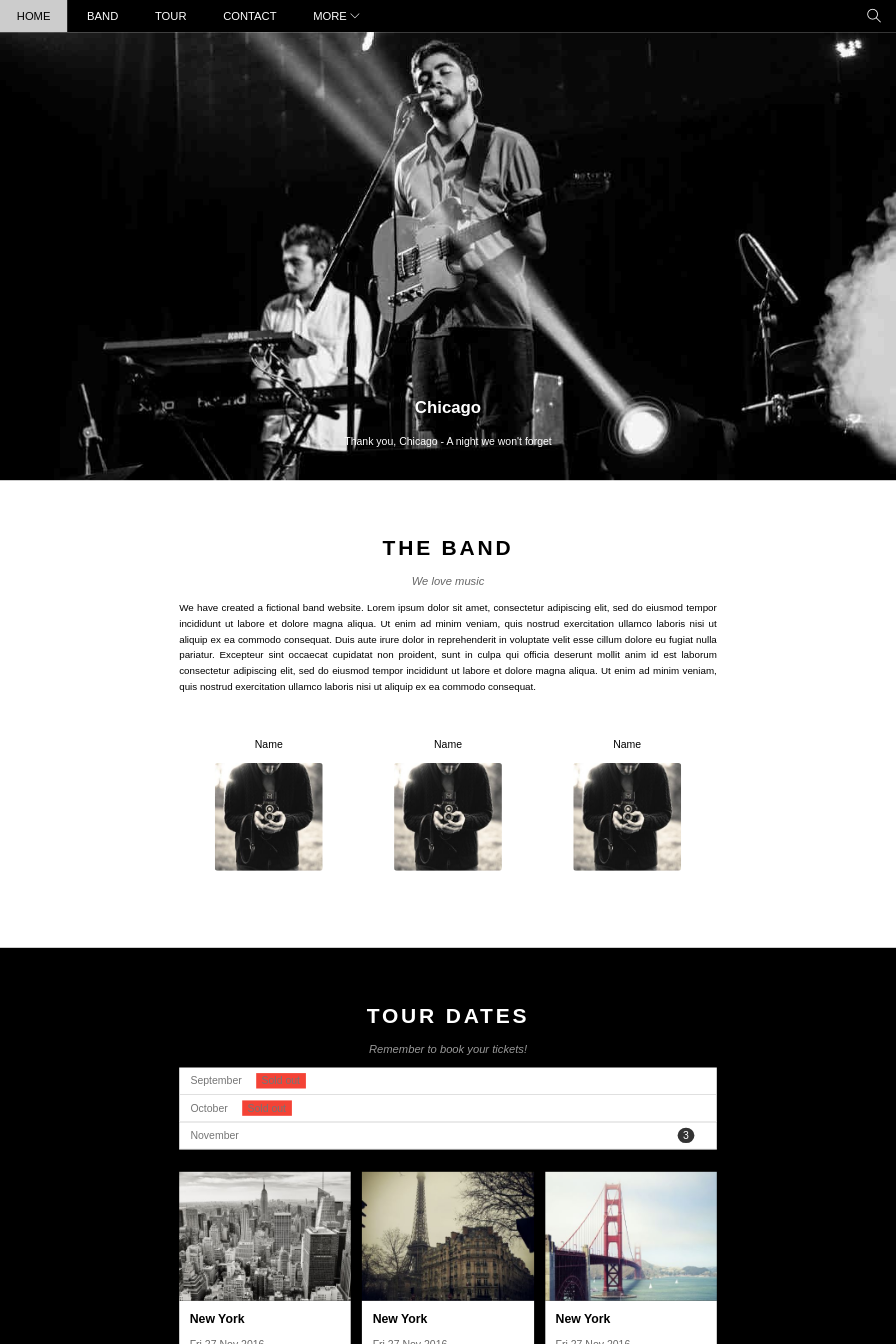
Repository: Bakyproit/the-Band
Page: index.html
The author's editor kept a copy of each file at every save. The page is drawn from the files as they stood at one save, then again after a run of saves.
The browser window is 1280 px wide. The pictures show the part of the page from y = 0 to 1920 px (the page is 3522 px tall), at 70% of full size.

Above is the page before, as saved 2022-01-03 22:25:17.

After the next 3 saves:
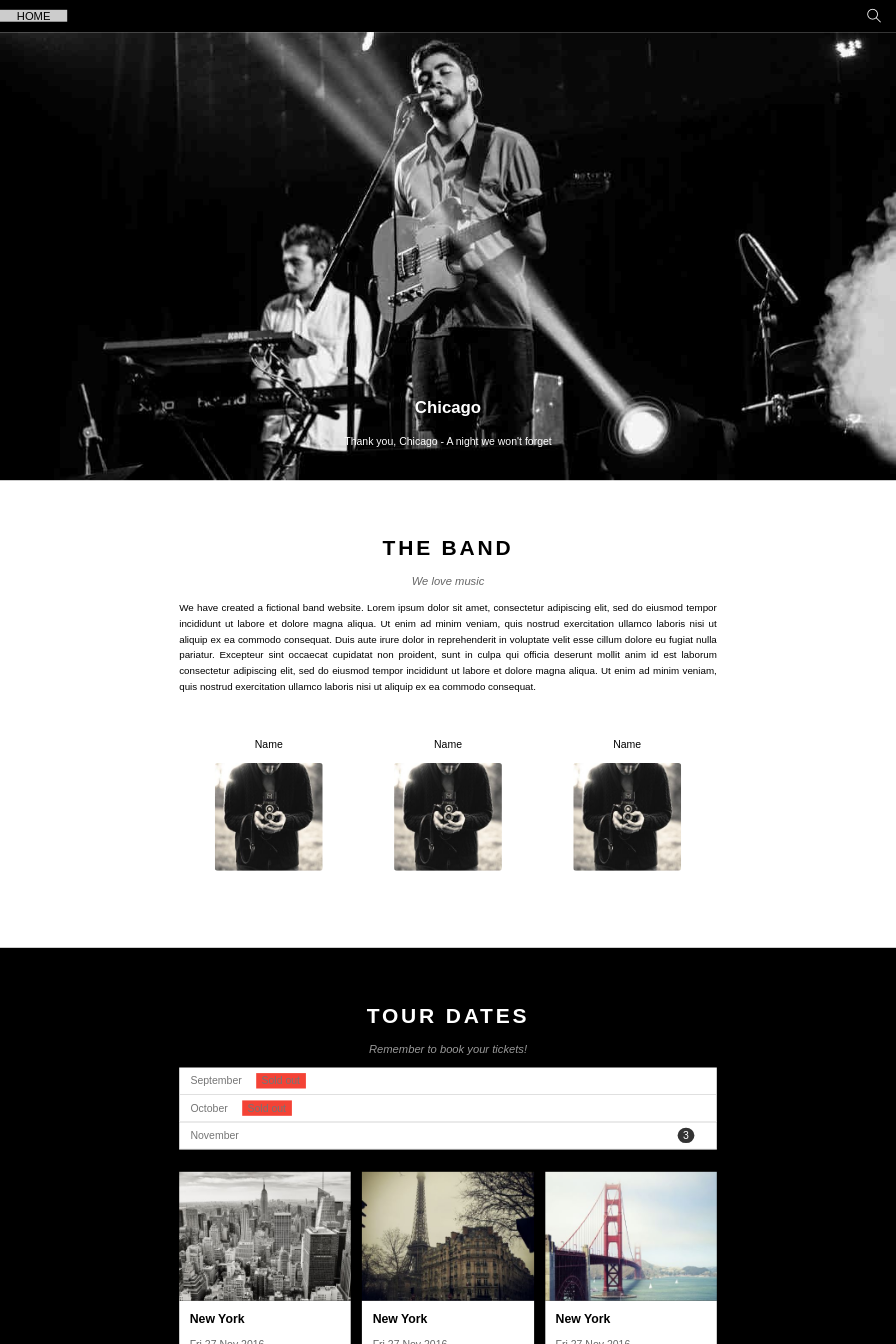
The 3 saves are shown as one change because they came seconds apart.
The last was saved 70 s later.
--- a/assets/css/style.css
+++ b/assets/css/style.css
@@ -75,11 +75,9 @@
 }
 /* nav */
 #nav > li{
-    display: inline-block;
     position: relative;
 }
 #nav li a{
-    display: inline-block;
     color : #fff ;
     text-decoration: none;
     line-height: 46px;

After the save that followed:
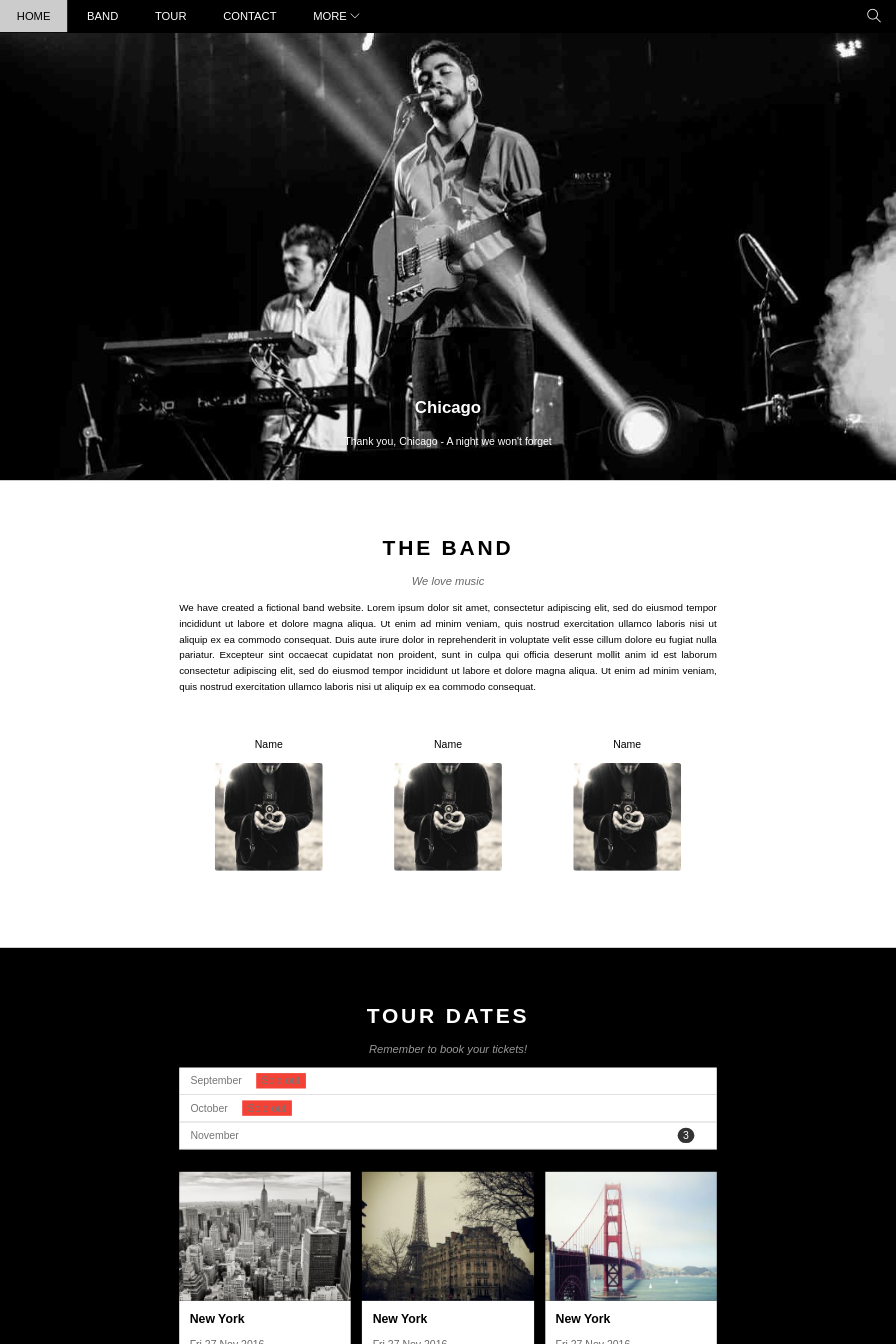
Saved 18 s later.
--- a/assets/css/style.css
+++ b/assets/css/style.css
@@ -75,9 +75,11 @@
 }
 /* nav */
 #nav > li{
+    display: inline-block;
     position: relative;
 }
 #nav li a{
+    display: inline-block;
     color : #fff ;
     text-decoration: none;
     line-height: 46px;
